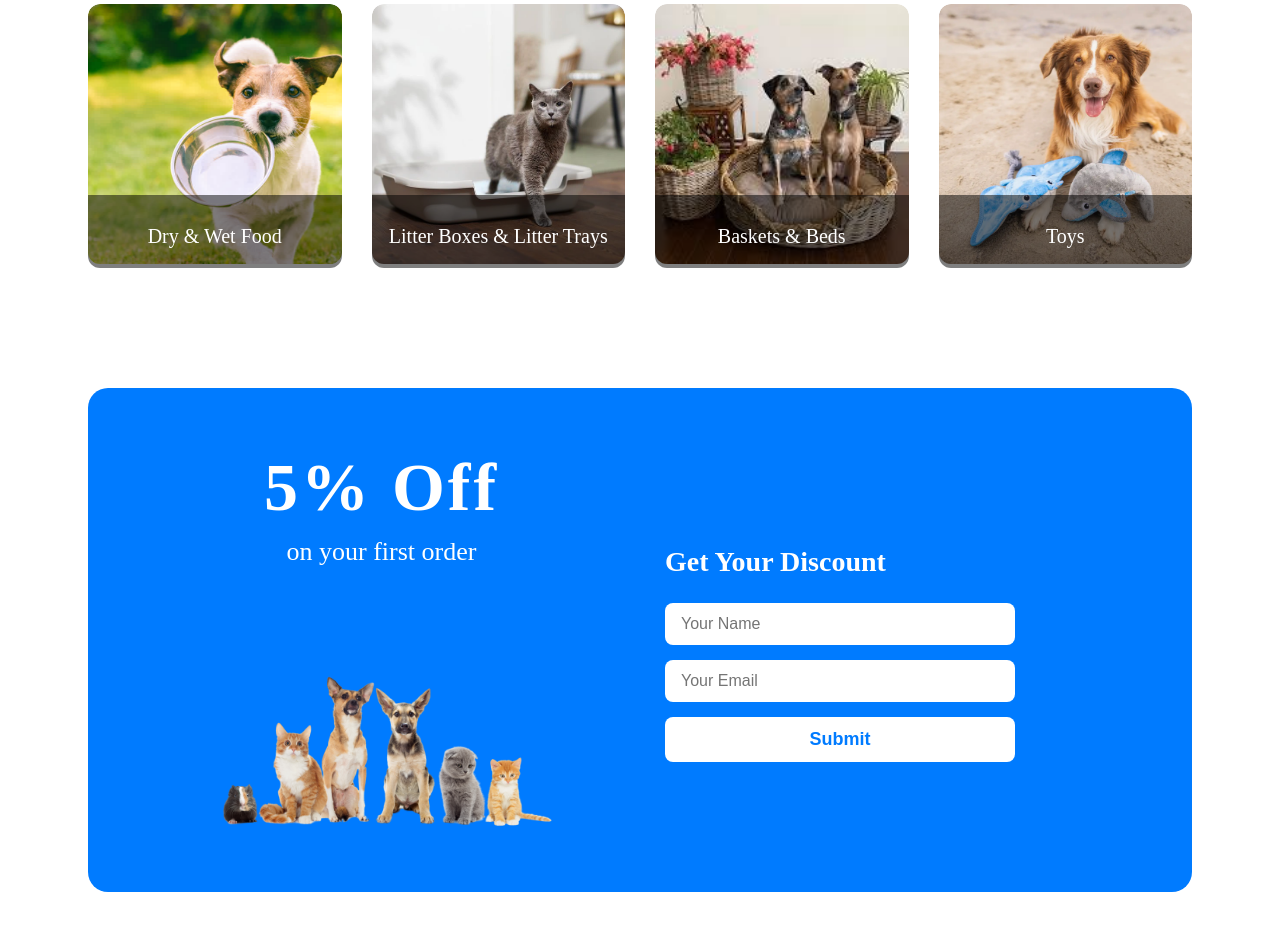
Repository: JuliiaJuliia/pet-shop-frontend
Page: / (app in pet-shop-frontend/)
An editor plug-in stored every save of this project. The page is shown before and after the next save, followed by the edit.
The browser window is 1280 px wide. The pictures show the part of the page from y = 779 to 1731 px (the page is 1731 px tall before and 1661 px after).
The project was rebuilt for these pictures with package versions that can differ from the ones it lists, and the page was loaded fresh each time. Also part of the build but not shown: pet-shop-frontend/vite.config.js, pet-shop-frontend/src/pages/CheckoutPage.jsx, pet-shop-frontend/src/api/axios.js, pet-shop-frontend/src/components/ProductList.jsx.

Above is the page before, as saved 2025-11-06 14:29:18.

After the next save:
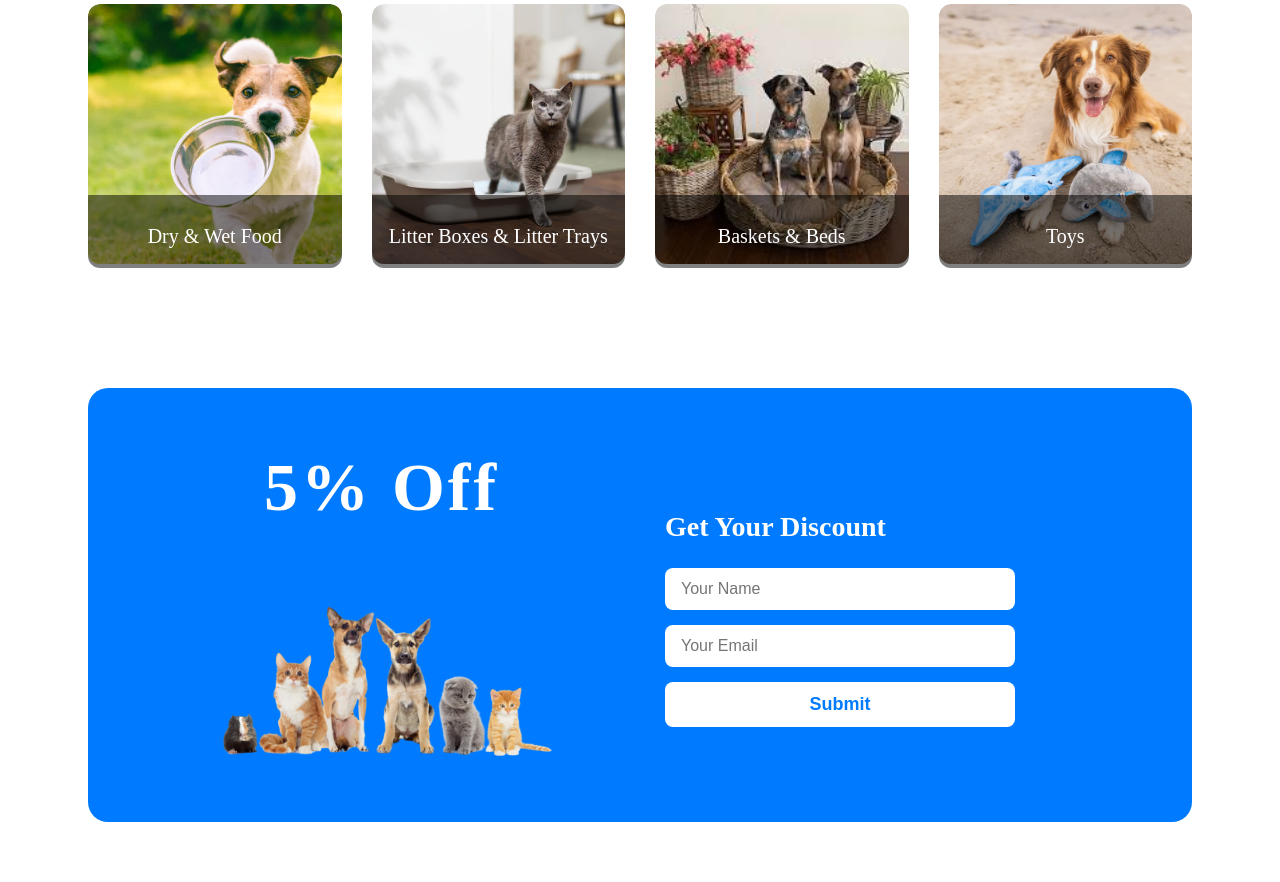
Saved 10 s later.
--- a/pet-shop-frontend/src/components/DiscountBanner.jsx
+++ b/pet-shop-frontend/src/components/DiscountBanner.jsx
@@ -7,7 +7,6 @@ const DiscountBanner = () => {
       <div className="discount-banner__content">
         <div className="discount-banner__left">
           <h2>5% Off</h2>
-          <p>on your first order</p>
           <img src="/Pets.jpg" alt="pets" className="discount-banner__image" />
         </div>
 
